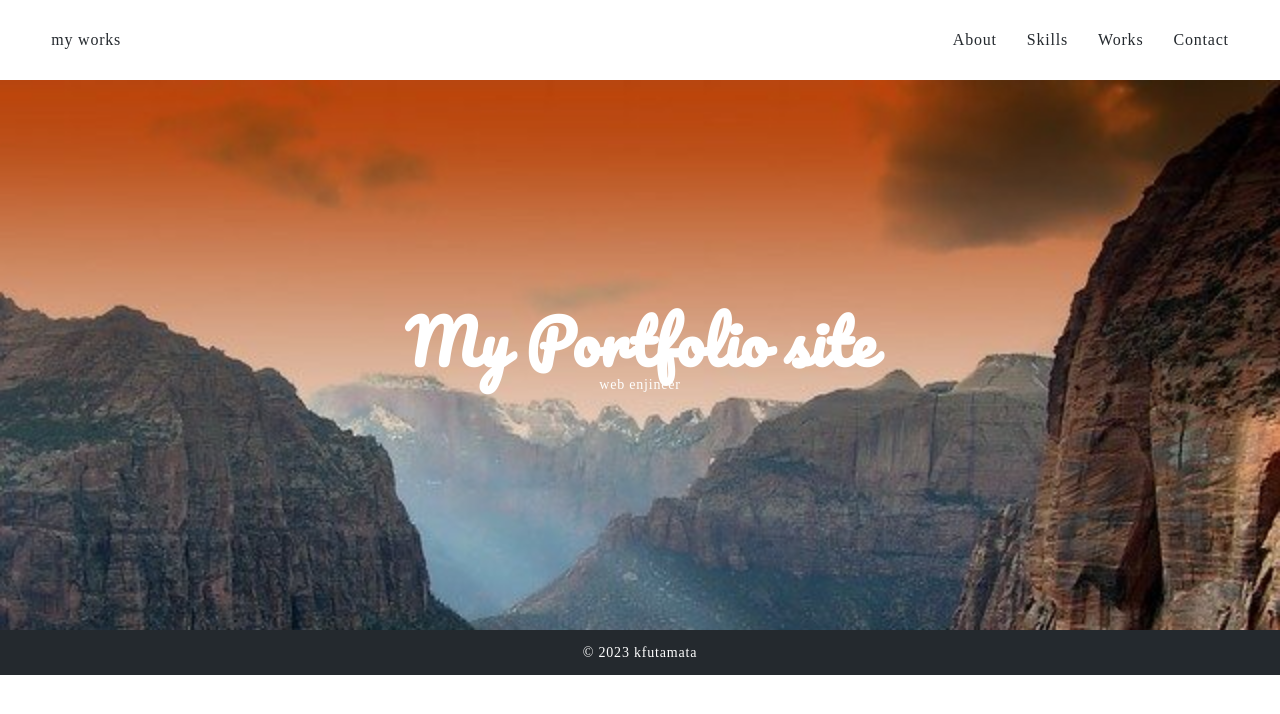
Repository: F-ksk/portfolio
Page: index.html
An editor plug-in stored every save of this project. The page is shown before and after the next save, followed by the edit.
The browser window is 1280 px wide. The pictures show the whole page.

Above is the page before, as saved 2023-06-28 01:32:03.

After the next save:
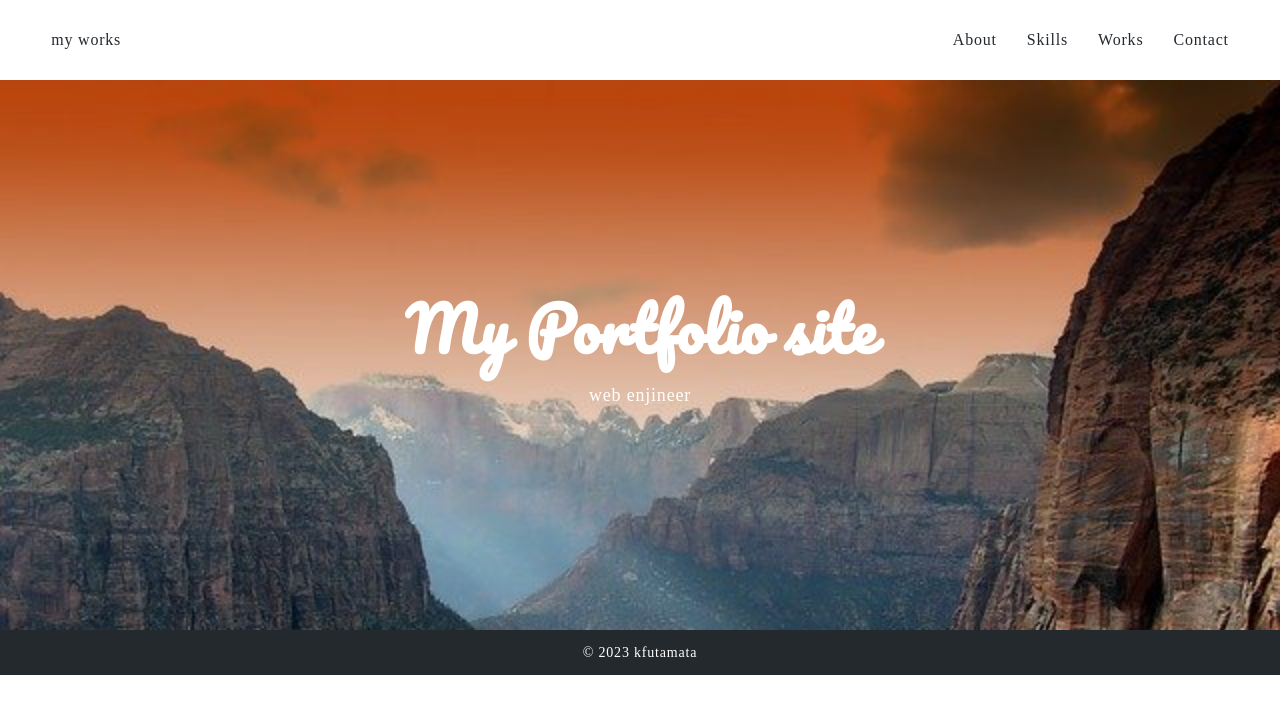
Saved 103 s later.
--- a/css/style.css
+++ b/css/style.css
@@ -84,3 +84,8 @@ footer {
     justify-content: center;
     align-items: center;
 }
+
+.main-visual p {
+    margin-top: 20px;
+    font-size: 18px;
+}
